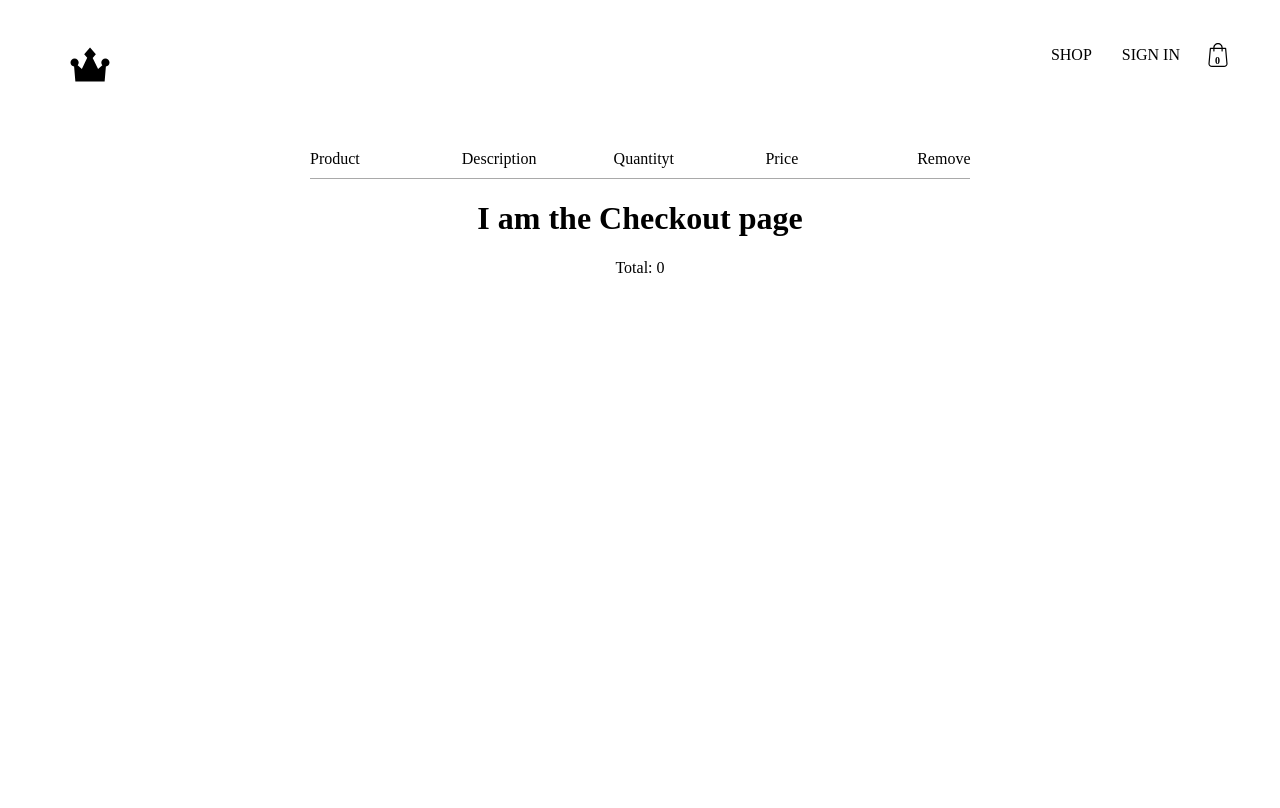
Repository: Chadi2000/crwn-clothing
Page: /checkout
An editor plug-in stored every save of this project. The page is shown before and after the next save, followed by the edit.
The browser window is 1280 px wide. The pictures show the whole page.
The project was rebuilt for these pictures with package versions that can differ from the ones it lists, and the page was loaded fresh each time. Also part of the build but not shown: src/categories.styles.scss, src/components/category-item/category-item.styles.scss, src/components/category-item/category-item.component.jsx, src/components/directory/directory.styles.scss, src/components/directory/directory.component.js, src/routes/home/home.component.jsx, src/components/button/button.styles.scss, src/components/button/button.component.jsx and 18 more.

Above is the page before, as saved 2024-02-18 23:32:21.

After the next save:
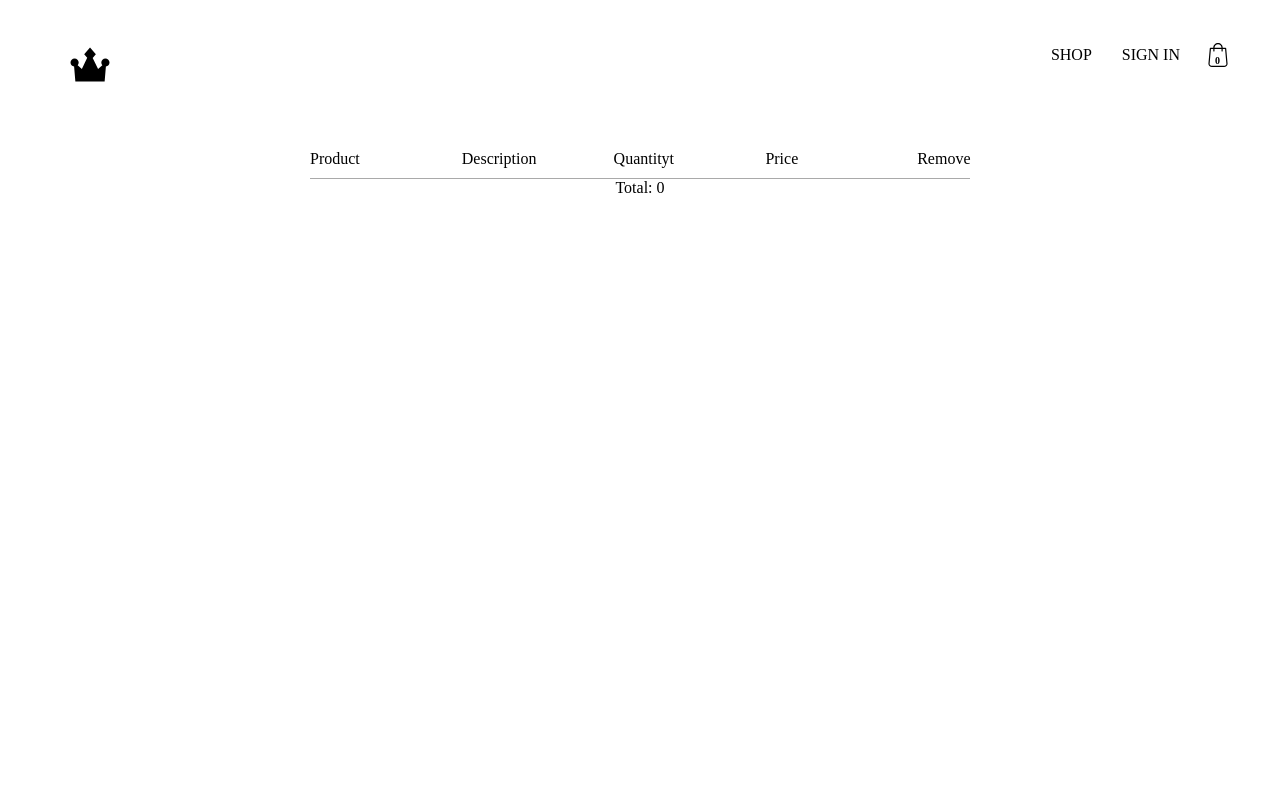
Saved 1 s later.
--- a/src/routes/checkout/checkout.component.jsx
+++ b/src/routes/checkout/checkout.component.jsx
@@ -1,6 +1,6 @@
 import { useContext } from 'react';
 import { CartContext } from '../../contexts/cart.context';
-import checkoutItem from '../../components/checkout-item/checkout-item.component';
+import CheckoutItem from '../../components/checkout-item/checkout-item.component';
 
 import './checkout.styles.scss';
 
@@ -25,12 +25,11 @@ const Checkout = () =>{
                     <span>Remove</span>
                 </div>
             </div>
-            <h1>I am the Checkout page</h1>
 
                 {
                     cartItems.map((cartItem)=>{
                         const {id}  = cartItem;
-                         ( <checkoutItem key={id} cartItem={cartItem} /> );
+                         ( <CheckoutItem key={id} cartItem={cartItem} /> );
                     })
                 }
 
